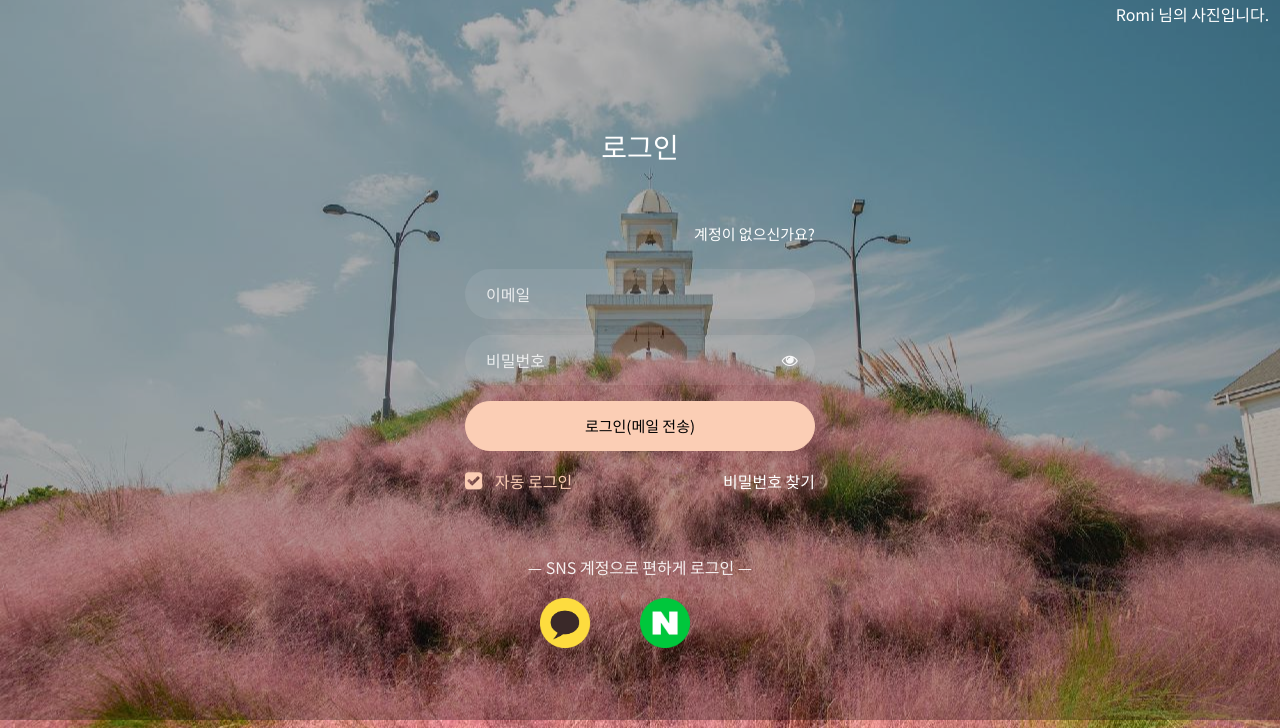
Repository: jangseohyun/LEGGO_2021
Page: http://localhost/PrjApp/Login.jsp
The author's editor kept a copy of each file at every save. The page is drawn from the files as they stood at one save, then again after the next save.
The browser window is 1280 px wide. The pictures show the whole page.
The page is served by Tomcat 9. Other server files are loaded and not shown.

Above is the page before, as saved 2021-06-26 11:45:09.

### PrjApp/WebContent/Login.jsp
<%@ page contentType="text/html; charset=UTF-8"%>
<%@ taglib prefix="c" uri="http://java.sun.com/jsp/jstl/core"%>
<%
	request.setCharacterEncoding("UTF-8");
	String cp = request.getContextPath();
%>
<!doctype html>
<html lang="en">
<head>
<title>Login</title>
<meta charset="utf-8">
<meta name="viewport"
	content="width=device-width, initial-scale=1, shrink-to-fit=no">
<link rel="preconnect" href="https://fonts.gstatic.com">
<link rel="preconnect" href="https://fonts.gstatic.com">
<link
	href="https://fonts.googleapis.com/css2?family=Noto+Sans+KR:wght@300;400&display=swap"
	rel="stylesheet">
<link
	href="https://fonts.googleapis.com/css?family=Lato:300,400,700&display=swap"
	rel="stylesheet">

<link rel="stylesheet"
	href="https://stackpath.bootstrapcdn.com/font-awesome/4.7.0/css/font-awesome.min.css">

<link rel="stylesheet" href="css/style.css">

<!-- 카카오 로그인 API -->
<script src="https://developers.kakao.com/sdk/js/kakao.min.js">
	Kakao.init("a76949096713e82c75fa45bdb32ebb4c");
</script>

<!-- 구글 로그인 API -->
<script src="https://apis.google.com/js/platform.js" async defer></script>
<meta name="google-signin-client_id" content="447693494839-5d859g9t2hvpdupbar05mii8a0c4ag1j.apps.googleusercontent.com">

<!-- 메일 전송 -->
<script type="text/javascript">
function send_mail(){
    window.open("./test_mail.jsp", "", "width=370, height=360, resizable=no, scrollbars=no, status=no");
}
</script>
</head>
<body class="img js-fullheight" style="background-image: url(images/jeju.png);">
<p class="userimg">Romi 님의 사진입니다.&nbsp;&nbsp;&nbsp;</p>
<section class="ftco-section">
		<div class="container">
			<div class="row justify-content-center">
				<div class="col-md-6 text-center mb-5">
					<h2 class="heading-section">로그인</h2>
				</div>
			</div>
			<div class="row justify-content-center">
				<div class="col-md-6 col-lg-4">
					<div class="login-wrap p-0">
						<h3 class="mb-4" style="text-align: right; font-size: 15px; font-family: 'Noto Sans KR', sans-serif;" onclick="location.href='/PrjApp/Signin.jsp';">계정이 없으신가요?</h3>
						<form action="#" class="signin-form">
							<div class="form-group">
								<input type="text" class="form-control" placeholder="이메일"
									required>
							</div>
							<div class="form-group">
								<input id="password-field" type="password" class="form-control"
									placeholder="비밀번호" required> <span
									toggle="#password-field"
									class="fa fa-fw fa-eye field-icon toggle-password"></span>
							</div>
							<div class="form-group">
								<button type="submit" class="form-control btn btn-primary submit px-3"
								style="font-family: 'Noto Sans KR', sans-serif;" onclick="send_main()">로그인(메일 전송)</button>
							</div>
							<div class="form-group d-md-flex">
								<div class="w-50">
									<label class="checkbox-wrap checkbox-primary" style="font-family: 'Noto Sans KR', sans-serif;">자동 로그인<input
										type="checkbox" checked> <span class="checkmark"></span>
									</label>
								</div>
								<div class="w-50 text-md-right">
									<a href="#" style="color: #fff; font-family: 'Noto Sans KR', sans-serif;">비밀번호 찾기</a>
								</div>
							</div>
						</form>
						<br><p class="w-100 text-center" style="font-family: 'Noto Sans KR', sans-serif;">&mdash; SNS 계정으로 편하게 로그인 &mdash;</p>
						<div class="social d-flex">
							<div style="width: 100px;"><img src="images/kakao_login.png" width="50px"></div>
							<div style="width: 100px;"><img src="images/naver_login.png" width="50px" style="border-radius: 5px;"></div>
							<div class="googlelogin g-signin2" data-width="50" data-height="50" data-longtitle="true" data-onsuccess="onSignIn"></div>
						</div>
					</div>
				</div>
			</div>
		</div>
	</section>

	<script src="js/jquery.min.js"></script>
	<script src="js/popper.js"></script>
	<script src="js/bootstrap.min.js"></script>
	<script src="js/main.js"></script>

	<script>
        function onSignIn(googleUser) {
            // Useful data for your client-side scripts:
            var profile = googleUser.getBasicProfile();
            console.log("ID: " + profile.getId()); // Don't send this directly to your server!
            console.log('Full Name: ' + profile.getName());
            console.log('Given Name: ' + profile.getGivenName());
            console.log('Family Name: ' + profile.getFamilyName());
            console.log("Image URL: " + profile.getImageUrl());
            console.log("Email: " + profile.getEmail());

            // The ID token you need to pass to your backend:
            var id_token = googleUser.getAuthResponse().id_token;
            console.log("ID Token: " + id_token);
        };
    </script>


</body>
</html>

Loaded but not shown: PrjApp/WebContent/css/style.css (library); PrjApp/WebContent/js/jquery.min.js (library); PrjApp/WebContent/js/popper.js (library); PrjApp/WebContent/js/bootstrap.min.js (library); PrjApp/WebContent/js/main.js (common file)

After the next save:
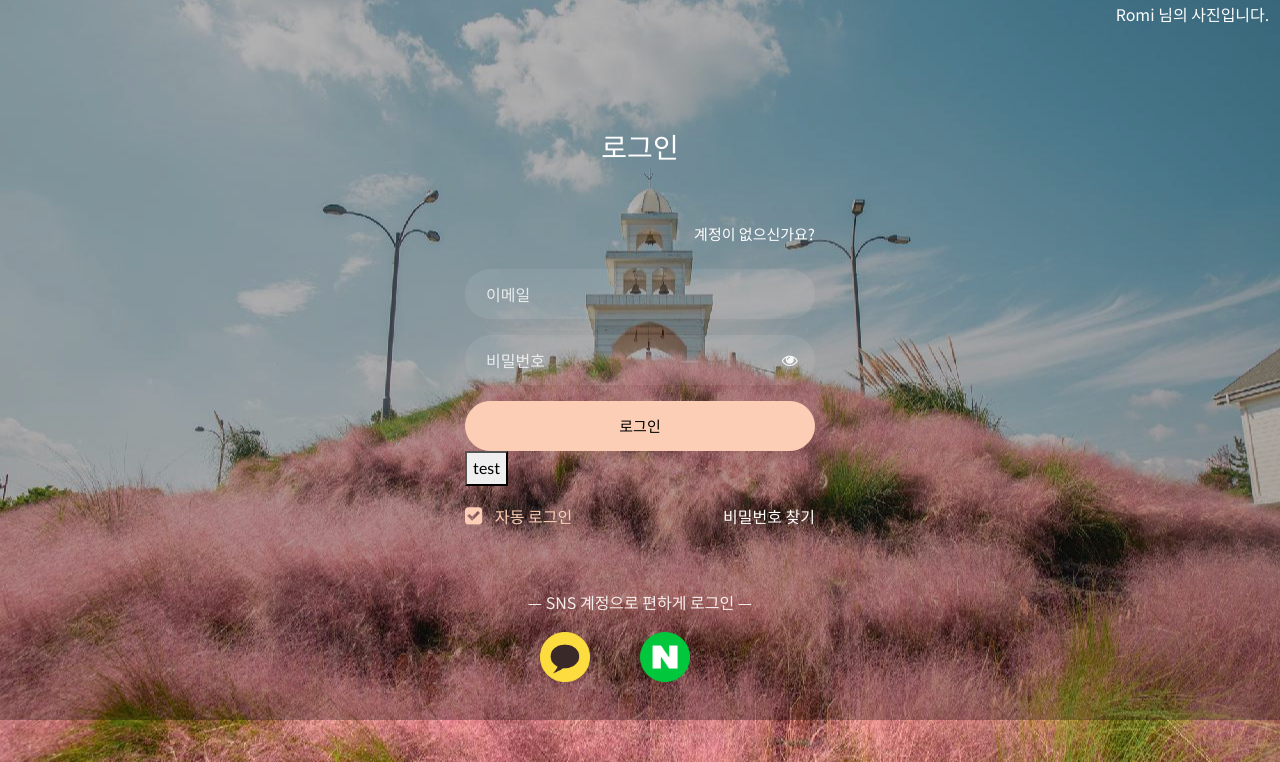
Saved 4 min 2 s later.
--- a/PrjApp/WebContent/Login.jsp
+++ b/PrjApp/WebContent/Login.jsp
@@ -67,7 +67,8 @@
 							</div>
 							<div class="form-group">
 								<button type="submit" class="form-control btn btn-primary submit px-3"
-								style="font-family: 'Noto Sans KR', sans-serif;" onclick="send_main()">로그인(메일 전송)</button>
+								style="font-family: 'Noto Sans KR', sans-serif;">로그인</button>
+								<button onclick="send_main()">test</button>
 							</div>
 							<div class="form-group d-md-flex">
 								<div class="w-50">
